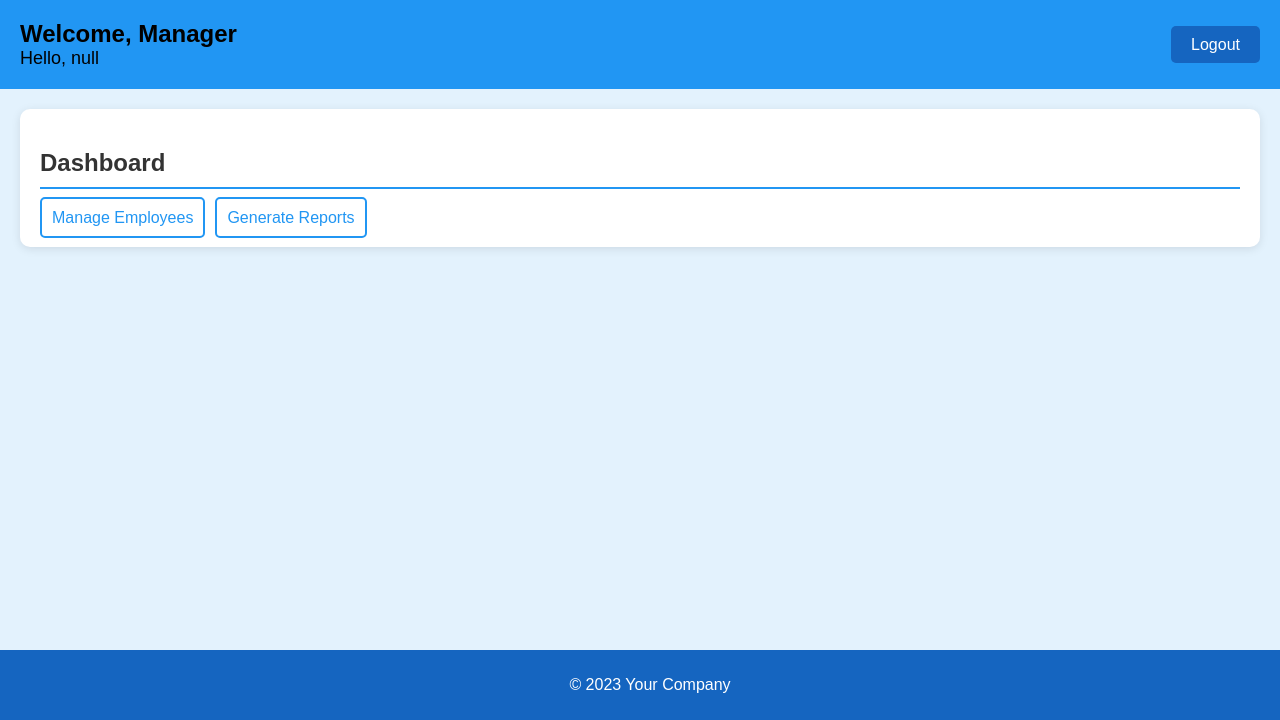
Repository: tharusha01Bandara/Online-Gaming-User-Management
Page: http://localhost/signup/manager_home.jsp
The author's editor kept a copy of each file at every save. The page is drawn from the files as they stood at one save, then again after the next save.
The browser window is 1280 px wide. The pictures show the whole page.
The page is served by Tomcat 10. Other server files are loaded and not shown.

Above is the page before, as saved 2023-10-22 22:20:10.

### signup/src/main/webapp/manager_home.jsp
<%@ page language="java" contentType="text/html; charset=UTF-8" pageEncoding="UTF-8"%>
<!DOCTYPE html>
<html>
<head>
    <meta charset="UTF-8">
    <title>Manager Home Page</title>

    <style type="text/css">
    body {
        font-family: Arial, sans-serif;
        margin: 0;
        padding: 0;
        background-color: #e3f2fd; /* Light blue background */
    }

    header {
        background-color: #2196F3; /* Blue header */
        color: white;
        padding: 20px;
        text-align: center;
        display: flex;
        justify-content: space-between;
        align-items: center;
    }

    .user-info {
        text-align: left;
        color: black; /* Black color for user info */
    }

    .user-info h1 {
        margin: 0;
        font-size: 24px;
    }

    .user-info p {
        margin: 0;
        font-size: 18px;
    }

    .dashboard {
        background-color: #ffffff; /* White dashboard */
        padding: 20px;
        margin: 20px;
        border-radius: 10px;
        box-shadow: 0 2px 10px rgba(0, 0, 0, 0.1);
    }

    .dashboard h2 {
        color: #333;
        margin-bottom: 20px;
        border-bottom: 2px solid #2196F3; /* Blue border */
        padding-bottom: 10px;
    }

    .dashboard ul {
        list-style-type: none;
        padding: 0;
        margin: 0;
        display: flex;
    }

    .dashboard li {
        margin-right: 10px;
    }

    .dashboard a {
        text-decoration: none;
        color: #2196F3; /* Blue text */
        padding: 10px;
        text-align: center;
        border: 2px solid #2196F3; /* Blue border */
        border-radius: 5px;
        transition: background-color 0.3s;
    }

    .dashboard a:hover {
        background-color: #2196F3; /* Blue hover background */
        color: white;
    }

    .logout-button {
        background-color: #1565C0; /* Dark blue color for logout button */
        color: white;
        padding: 10px 20px;
        text-align: center;
        border: none;
        border-radius: 5px;
        text-decoration: none;
        transition: background-color 0.3s;
    }

    .logout-button:hover {
        background-color: #0D47A1; /* Darker blue hover background */
    }

    footer {
        background-color: #1565C0; /* Dark blue footer */
        color: white;
        text-align: center;
        padding: 10px;
        position: fixed;
        bottom: 0;
        width: 100%;
    }
</style>

</head>
<body>
    <header>
        <div class="user-info">
            <h1>Welcome, Manager</h1>
            <p>Hello, <%= session.getAttribute("uname") %></p> <!-- Display user's name -->
        </div>
        <div>
            <a href="login.jsp" class="logout-button">Logout</a> <!-- Redirect to login.jsp -->
        </div>
    </header>

    <div class="dashboard">
        <h2>Dashboard</h2>
        <ul>
            <li><a href="#">Manage Employees</a></li>
            <li><a href="#">Generate Reports</a></li>
        </ul>
    </div>

    <footer>
        <p>&copy; 2023 Your Company</p>
    </footer>
</body>
</html>

After the next save:
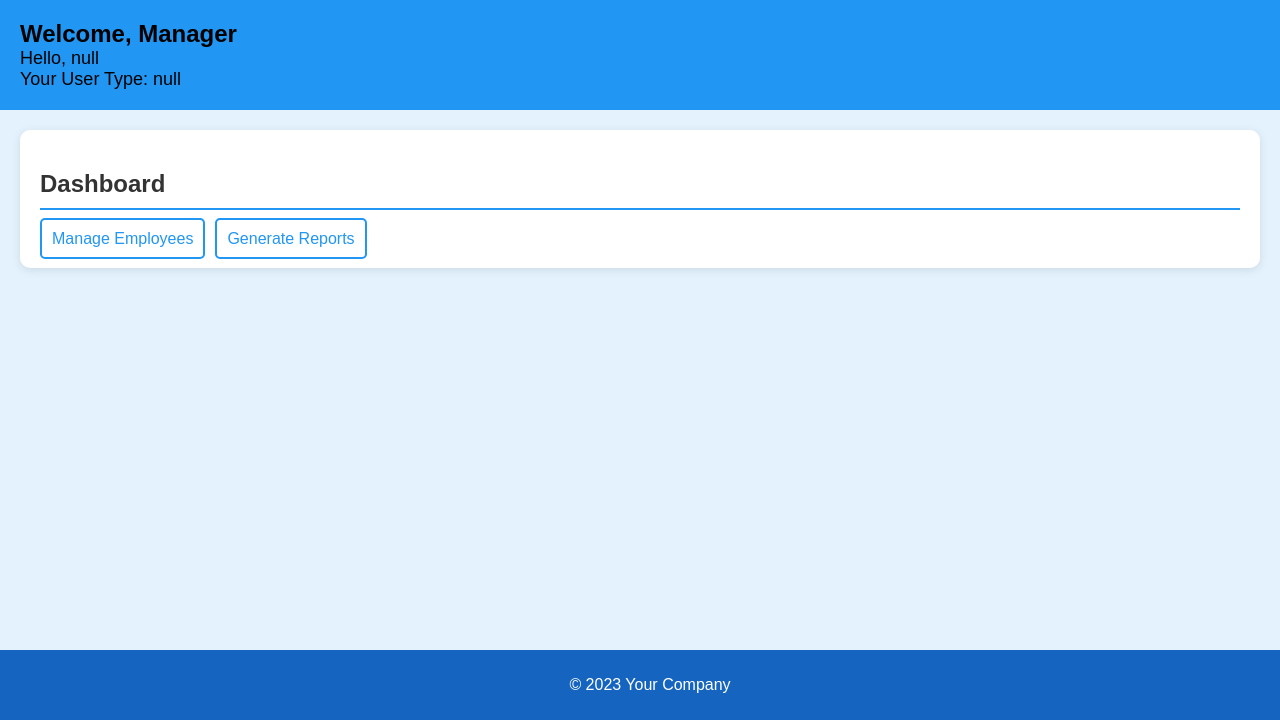
Saved 16 min 25 s later.
--- a/signup/src/main/webapp/manager_home.jsp
+++ b/signup/src/main/webapp/manager_home.jsp
@@ -108,12 +108,10 @@
 </head>
 <body>
     <header>
-        <div class="user-info">
+       <div class="user-info">
             <h1>Welcome, Manager</h1>
-            <p>Hello, <%= session.getAttribute("uname") %></p> <!-- Display user's name -->
-        </div>
-        <div>
-            <a href="login.jsp" class="logout-button">Logout</a> <!-- Redirect to login.jsp -->
+            <p>Hello, <%= session.getAttribute("uname") %></p>
+            <p>Your User Type: <%= session.getAttribute("utype") %></p> <!-- Display user's utype -->
         </div>
     </header>
 

After the save that followed:
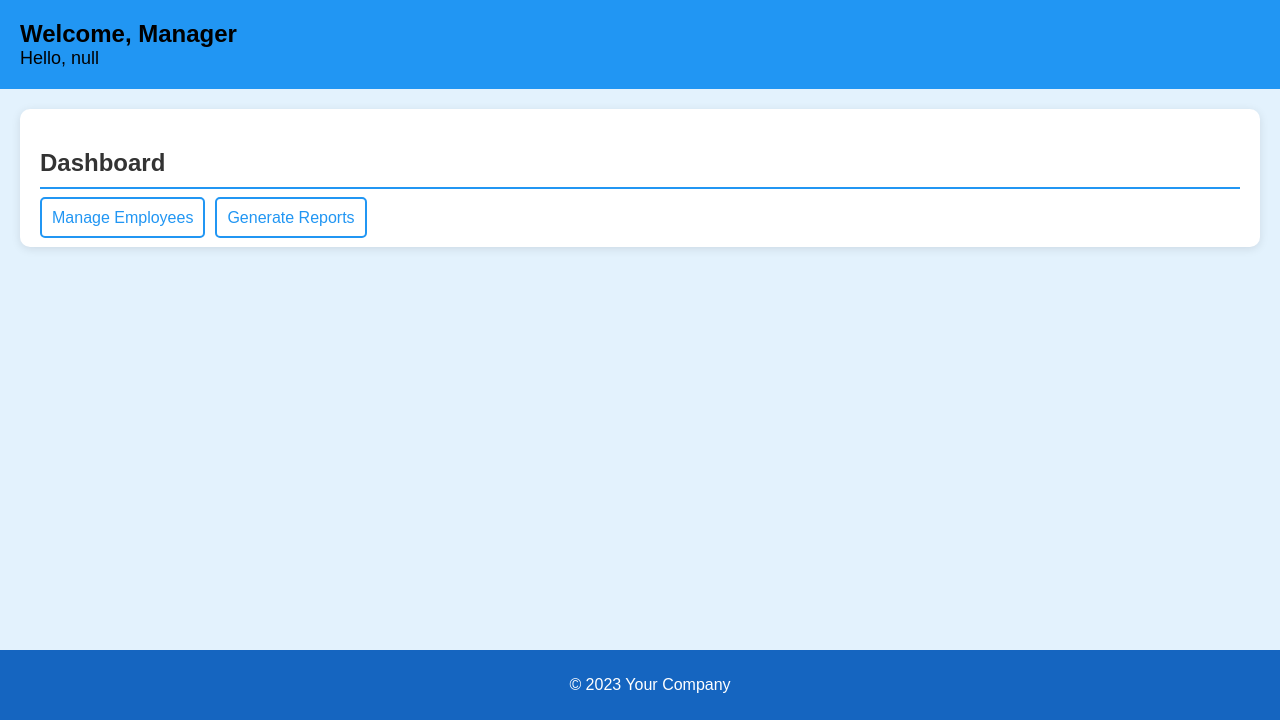
Saved 2 min 49 s later.
--- a/signup/src/main/webapp/manager_home.jsp
+++ b/signup/src/main/webapp/manager_home.jsp
@@ -111,7 +111,7 @@
        <div class="user-info">
             <h1>Welcome, Manager</h1>
             <p>Hello, <%= session.getAttribute("uname") %></p>
-            <p>Your User Type: <%= session.getAttribute("utype") %></p> <!-- Display user's utype -->
+
         </div>
     </header>
 
